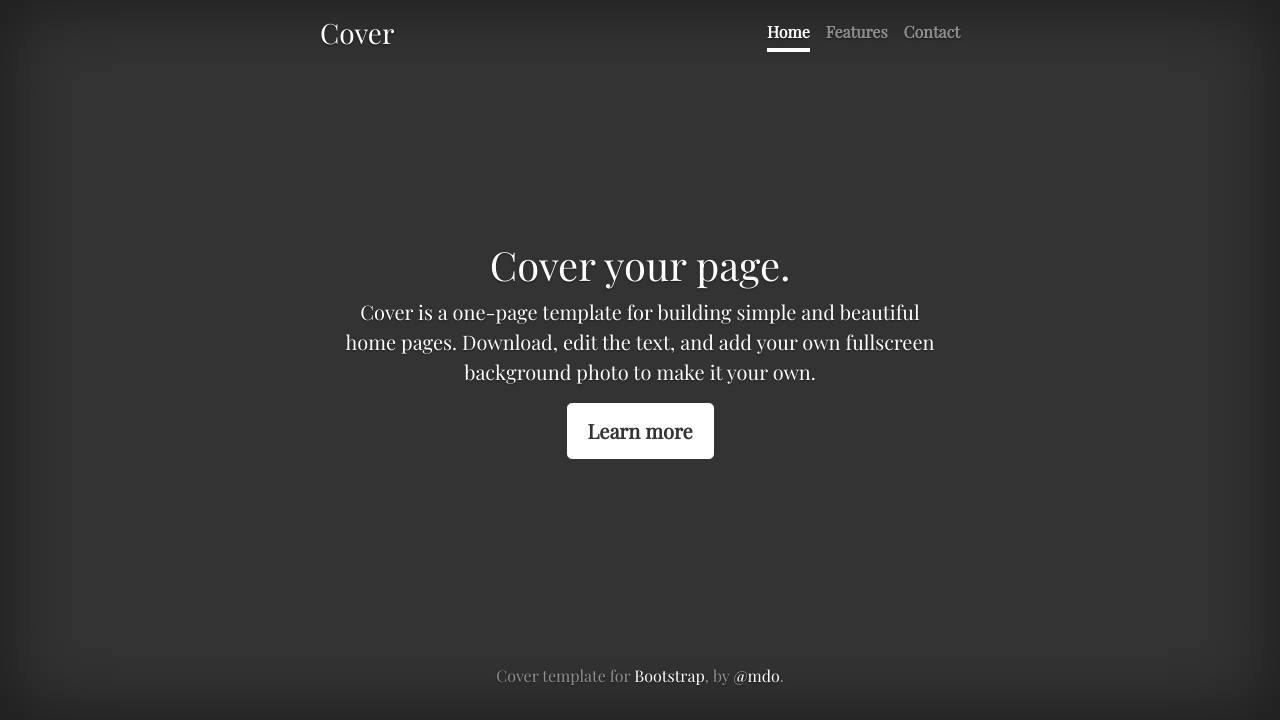
Repository: nmailan/nmailan.github.io
Page: index.html
These files come from the project's save history. The page is drawn as it stood at one moment and after the next save; the edit follows.
The browser window is 1280 px wide. The pictures show the whole page.
Some web fonts or font styles are not loaded; a fallback is used. Some web libraries are served in a nearby version.

Above is the page before, as saved 2024-01-01 14:16:37.

### index.html
<!doctype html>
<html lang="en">
  <head>
    <meta charset="utf-8">
    <meta name="viewport" content="width=device-width, initial-scale=1, shrink-to-fit=no">
    <meta name="description" content="">
    <meta name="author" content="">
    <link rel="icon" href="../../../../favicon.ico">

    <title>Cover Template for Bootstrap</title>

    <!-- Bootstrap core CSS -->
    <link href="../../../../dist/css/bootstrap.min.css" rel="stylesheet">
    <link href='https://fonts.googleapis.com/css?family=Playfair Display' rel='stylesheet'>

    <!-- Custom styles for this template -->
    <link href="cover.css" rel="stylesheet">
  </head>

  <body class="text-center">

    <div class="cover-container d-flex h-100 p-3 mx-auto flex-column">
      <header class="masthead mb-auto">
        <div class="inner">
          <h3 class="masthead-brand">Cover</h3>
          <nav class="nav nav-masthead justify-content-center">
            <a class="nav-link active" href="#">Home</a>
            <a class="nav-link" href="#">Features</a>
            <a class="nav-link" href="#">Contact</a>
          </nav>
        </div>
      </header>

      <main role="main" class="inner cover">
        <h1 class="cover-heading">Cover your page.</h1>
        <p class="lead">Cover is a one-page template for building simple and beautiful home pages. Download, edit the text, and add your own fullscreen background photo to make it your own.</p>
        <p class="lead">
          <a href="#" class="btn btn-lg btn-secondary">Learn more</a>
        </p>
      </main>

      <footer class="mastfoot mt-auto">
        <div class="inner">
          <p>Cover template for <a href="https://getbootstrap.com/">Bootstrap</a>, by <a href="https://twitter.com/mdo">@mdo</a>.</p>
        </div>
      </footer>
    </div>


    <!-- Bootstrap core JavaScript
    ================================================== -->
    <!-- Placed at the end of the document so the pages load faster -->
    <script src="https://code.jquery.com/jquery-3.2.1.slim.min.js" integrity="sha384-KJ3o2DKtIkvYIK3UENzmM7KCkRr/rE9/Qpg6aAZGJwFDMVNA/GpGFF93hXpG5KkN" crossorigin="anonymous"></script>
    <script>window.jQuery || document.write('<script src="../../../../assets/js/vendor/jquery-slim.min.js"><\/script>')</script>
    <script src="../../../../assets/js/vendor/popper.min.js"></script>
    <script src="../../../../dist/js/bootstrap.min.js"></script>
  </body>
</html>

### cover.css
/*
 * Globals
 */

/* Links */
a,
a:focus,
a:hover {
  color: #fff;
}

/* Custom default button */
.btn-secondary,
.btn-secondary:hover,
.btn-secondary:focus {
  color: #333;
  text-shadow: none; /* Prevent inheritance from `body` */
  background-color: #fff;
  border: .05rem solid #fff;
}


/*
 * Base structure
 */

html,
body {
  height: 100%;
  background-color: #333;
  font-family: 'Playfair Display';
}

body {
  display: -ms-flexbox;
  display: -webkit-box;
  display: flex;
  -ms-flex-pack: center;
  -webkit-box-pack: center;
  justify-content: center;
  color: #fff;
  text-shadow: 0 .05rem .1rem rgba(0, 0, 0, .5);
  box-shadow: inset 0 0 5rem rgba(0, 0, 0, .5);
}

.cover-container {
  max-width: 42em;
}


/*
 * Header
 */
.masthead {
  margin-bottom: 2rem;
}

.masthead-brand {
  margin-bottom: 0;
}

.nav-masthead .nav-link {
  padding: .25rem 0;
  font-weight: 700;
  color: rgba(255, 255, 255, .5);
  background-color: transparent;
  border-bottom: .25rem solid transparent;
}

.nav-masthead .nav-link:hover,
.nav-masthead .nav-link:focus {
  border-bottom-color: rgba(255, 255, 255, .25);
}

.nav-masthead .nav-link + .nav-link {
  margin-left: 1rem;
}

.nav-masthead .active {
  color: #fff;
  border-bottom-color: #fff;
}

@media (min-width: 48em) {
  .masthead-brand {
    float: left;
  }
  .nav-masthead {
    float: right;
  }
}


/*
 * Cover
 */
.cover {
  padding: 0 1.5rem;
}
.cover .btn-lg {
  padding: .75rem 1.25rem;
  font-weight: 700;
}


/*
 * Footer
 */
.mastfoot {
  color: rgba(255, 255, 255, .5);
}

Loaded but not shown: dist/css/bootstrap.min.css (library); dist/js/bootstrap.min.js (library)

After the next save:
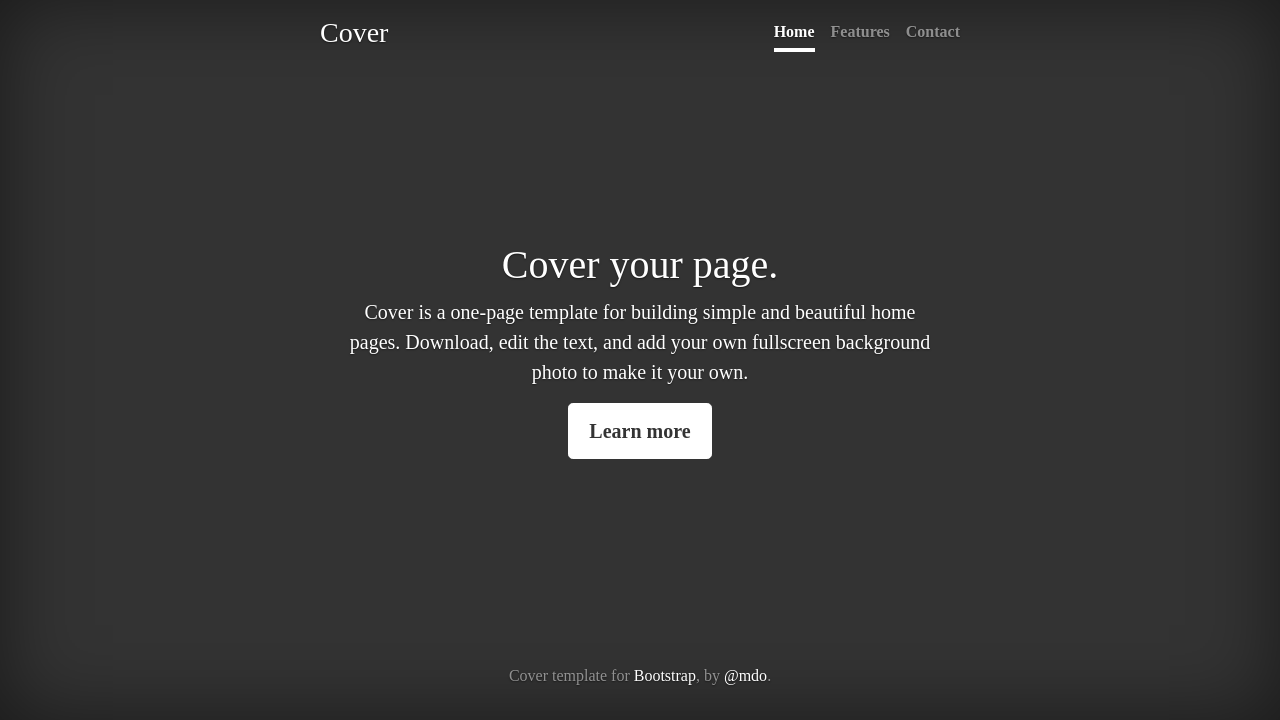
Saved 13 min 7 s later.
--- a/index.html
+++ b/index.html
@@ -11,7 +11,8 @@
 
     <!-- Bootstrap core CSS -->
     <link href="../../../../dist/css/bootstrap.min.css" rel="stylesheet">
-    <link href='https://fonts.googleapis.com/css?family=Playfair Display' rel='stylesheet'>
+    <!-- <link href='https://fonts.googleapis.com/css?family=Playfair Display' rel='stylesheet'> -->
+    <link href="https://fonts.cdnfonts.com/css/vogue" rel="stylesheet">
 
     <!-- Custom styles for this template -->
     <link href="cover.css" rel="stylesheet">
